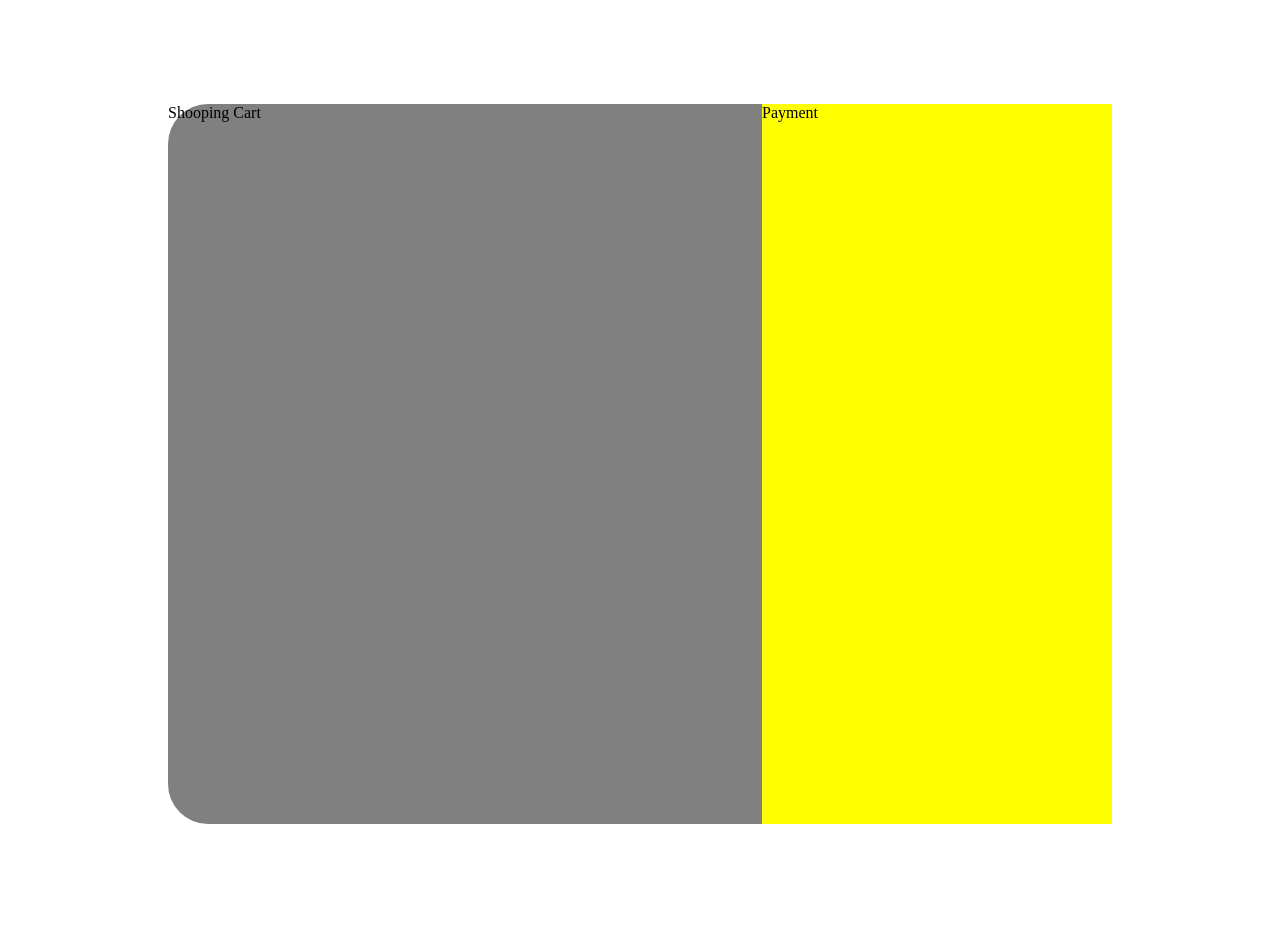
Repository: NDBaoFE/pizza-ordering-hiep
Page: /checkout
These files come from the project's save history. The page is drawn as it stood at one moment and after the next save; the edit follows.
The browser window is 1280 px wide. The pictures show the whole page.
The project was rebuilt for these pictures with package versions that can differ from the ones it lists, and the page was loaded fresh each time.

Above is the page before, as saved 2022-08-27 21:50:27.

After the next save:
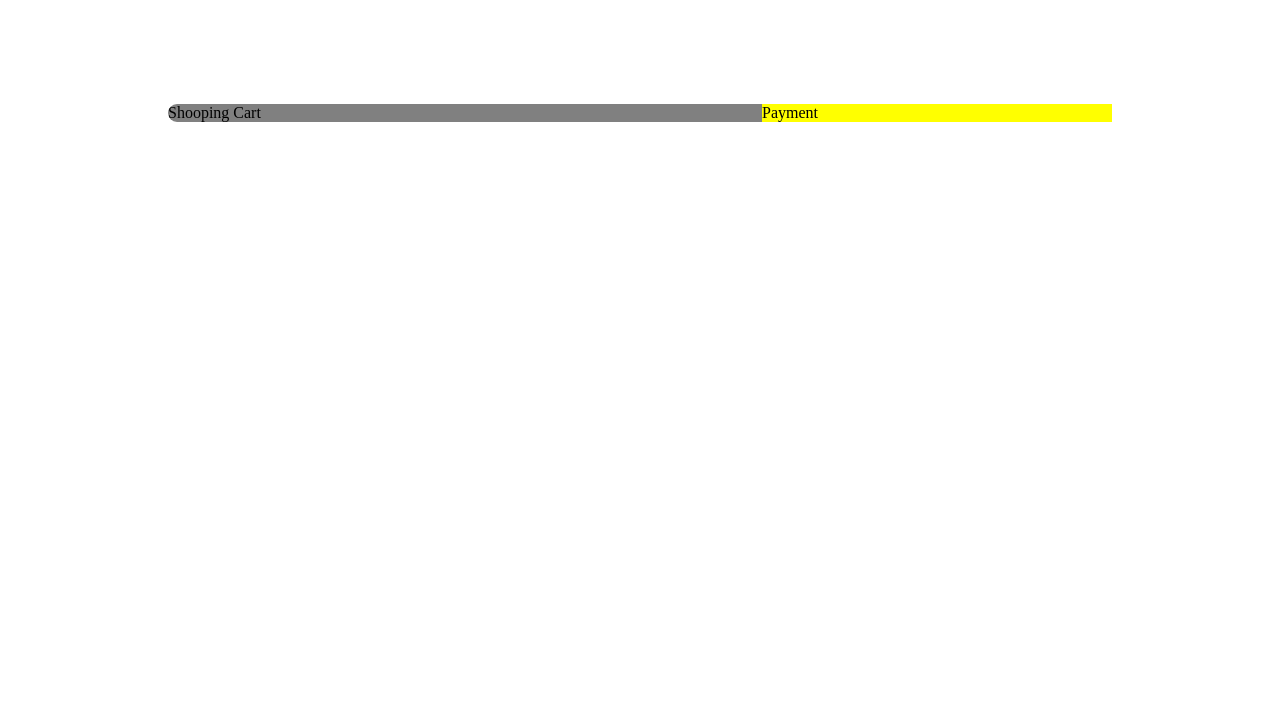
Saved 6 s later.
--- a/src/pages/Checkout/Checkout.styled.js
+++ b/src/pages/Checkout/Checkout.styled.js
@@ -8,7 +8,7 @@ export const Cart = styled.div`
   display: block;
   background-color: gray;
   width: 100%;
-  height: 100vh;
+  height: 100%;
   flex: 1;
   border-top-left-radius: 40px;
   border-bottom-left-radius: 40px;
